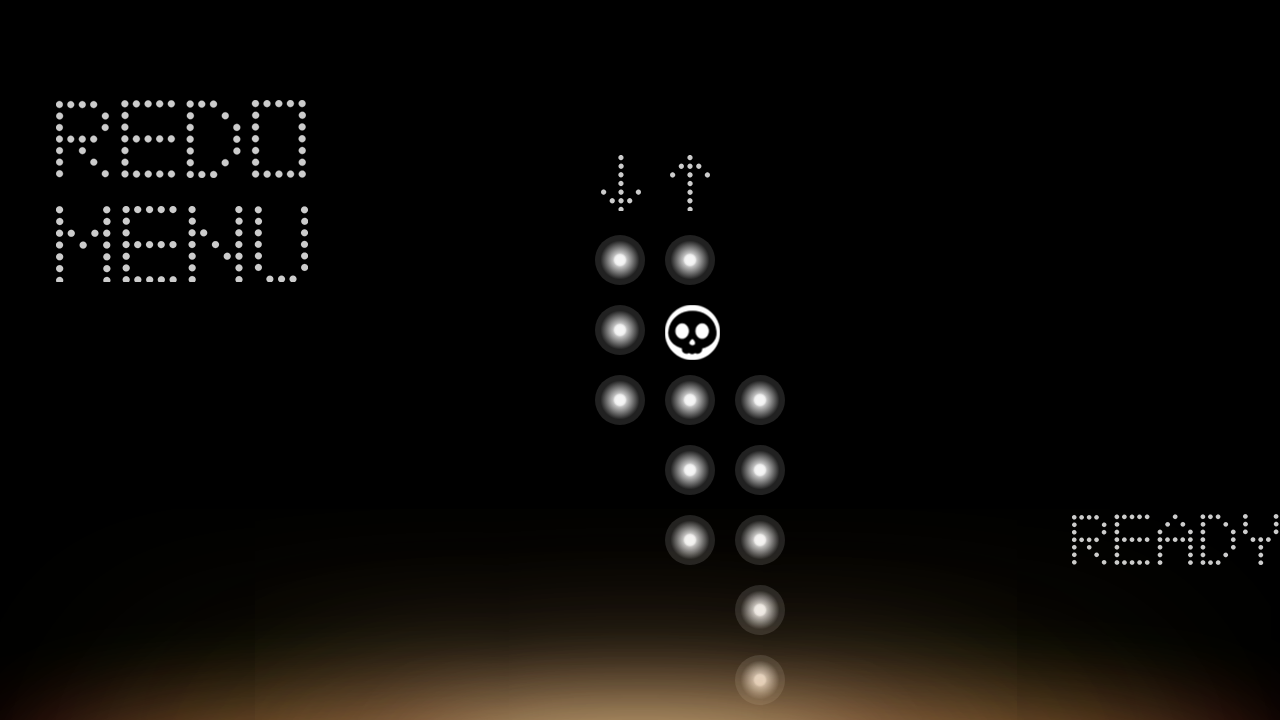
Repository: huanz488/huanz488-github.io
Page: dot/project3-1.html
The author's editor kept a record of every edit. The page is drawn from the files as they stood at one moment, then again after the next edit.
The browser window is 1280 px wide. The pictures show the whole page.
Some web libraries are served in a nearby version.

Above is the page before.

After the next edit:
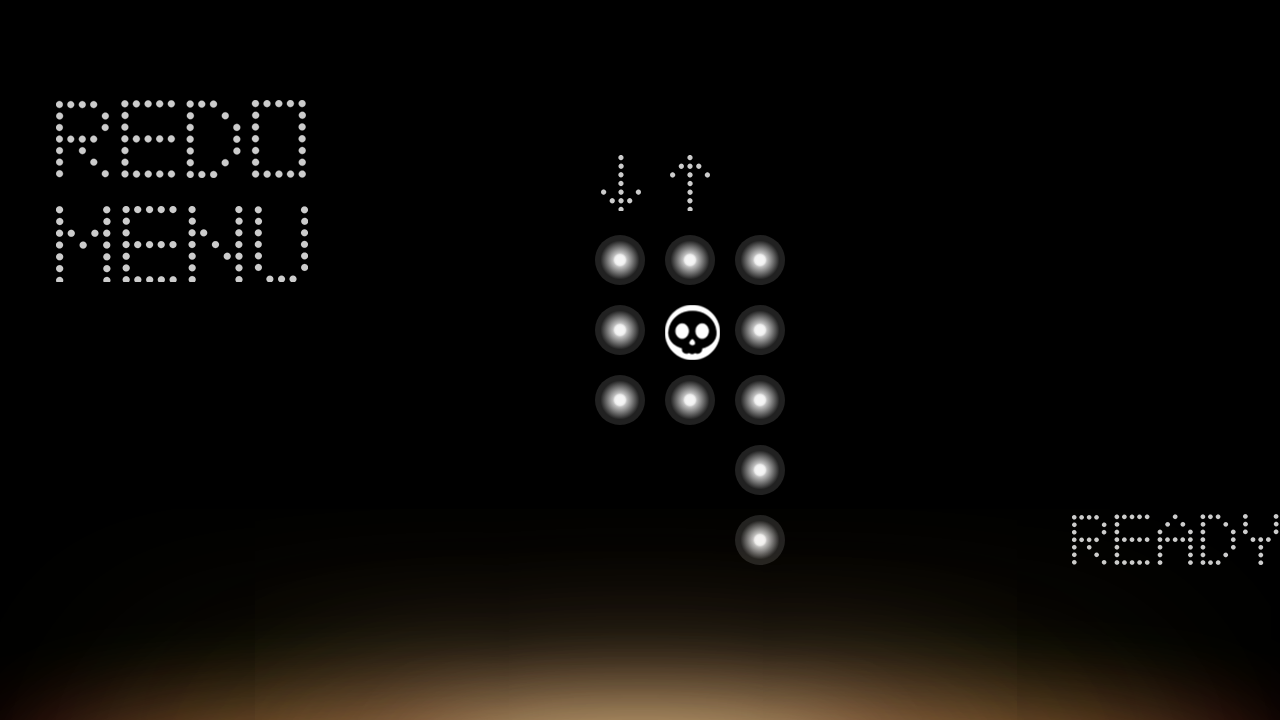
The edit:
--- a/dot/project3-1.html
+++ b/dot/project3-1.html
@@ -53,8 +53,7 @@
         <div data-position="2" data-next="1,3,7" class="dot grid3"></div>
         <div data-position="7" data-next="2,6,8,12" class="dot grid4"></div>
         <div data-position="12" data-next="7,11,13,17"class="dot grid4"></div>
-        <div data-position="17" data-next="12,16,18,22"class="dot grid4"></div>
-        <div data-position="22" data-next="17,21,23"class="dot grid4"></div>
+
 
         <div data-position="3" data-next="2,4,8"class="dot grid5"></div>
         <div data-position="8" data-next="3,7,9,13"class="dot grid6"></div>
